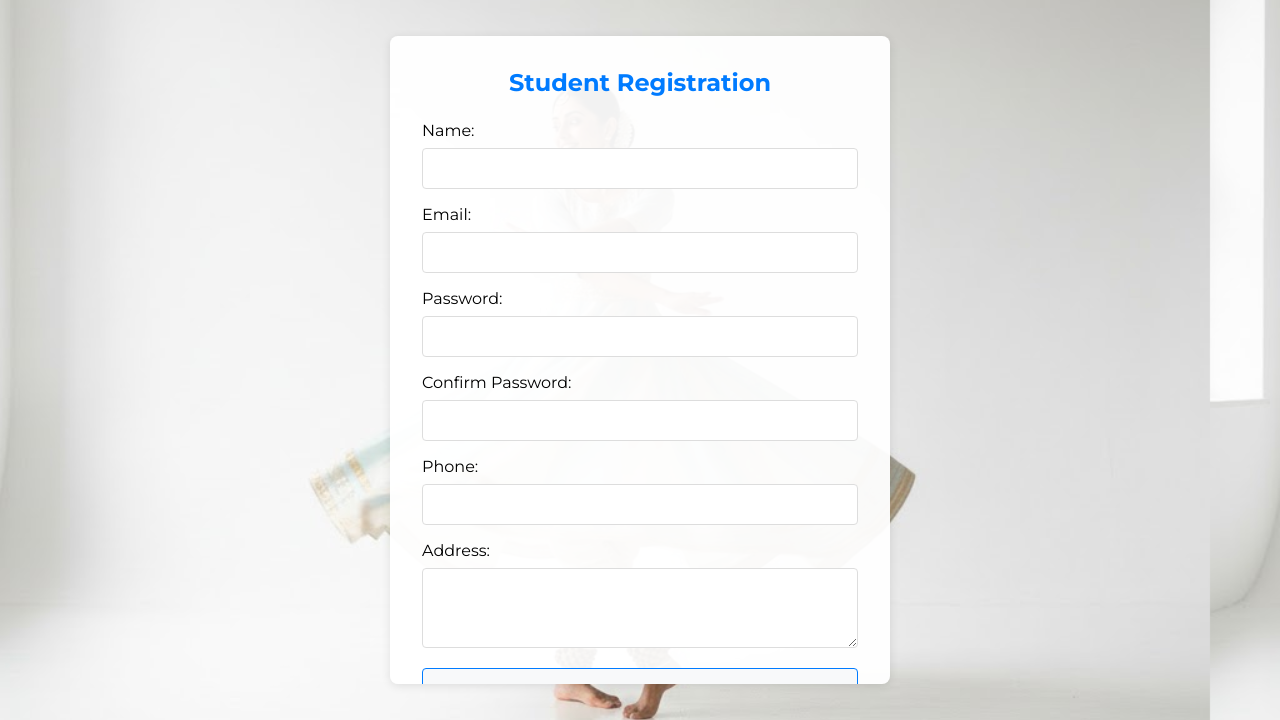
Repository: Priyadharshini-J-CSE/StepSync_Dance_Mangement_System
Page: /user-register (app in frontend/)
An editor plug-in stored every save of this project. The page is shown before and after a run of saves, followed by the edit.
The browser window is 1280 px wide. The pictures show the whole page.
An inner scrolling area shows only its first screen. Some web fonts or font styles are not loaded; a fallback is used. Some web libraries are served in a nearby version. The project was rebuilt for these pictures with package versions that can differ from the ones it lists, and the page was loaded fresh each time. Also part of the build but not shown: frontend/src/index.css, frontend/src/pages/LandingPage.js, frontend/src/components/Alert.js, frontend/src/pages/UserLogin.js, frontend/src/pages/AdminLogin.js, frontend/src/pages/AdminRegister.js, frontend/src/pages/ForgotPassword.js, frontend/src/components/Navbar.js and 17 more.

Above is the page before, as saved 2025-12-18 10:50:01.

### frontend/public/index.html
<!DOCTYPE html>
<html lang="en">
  <head>
    <meta charset="utf-8" />
    <meta name="viewport" content="width=device-width, initial-scale=1" />
    <title>Zumba Class Management</title>
    <link rel="preconnect" href="https://fonts.googleapis.com">
    <link rel="preconnect" href="https://fonts.gstatic.com" crossorigin>
    <link href="https://fonts.googleapis.com/css2?family=Alumni+Sans+Pinstripe:ital@0;1&family=Anta&family=Josefin+Sans:ital,wght@0,100..700;1,100..700&family=Metamorphous&family=Montserrat:ital,wght@0,100..900;1,100..900&family=Pangolin&family=Roboto:ital,wght@0,100..900;1,100..900&family=Rubik:ital,wght@0,300..900;1,300..900&display=swap" rel="stylesheet">
    <link rel="stylesheet" href="https://cdnjs.cloudflare.com/ajax/libs/font-awesome/6.5.1/css/all.min.css" crossorigin="anonymous">
    <script src="https://kit.fontawesome.com/a076d05399.js" crossorigin="anonymous"></script>
    <style>
      * { margin: 0; padding: 0; box-sizing: border-box; }
      body { font-family: 'Montserrat', sans-serif; }
    </style>
  </head>
  <body>
    <div id="root"></div>
  </body>
</html>

### frontend/src/App.js
import React from 'react';
import { BrowserRouter as Router, Routes, Route, Navigate } from 'react-router-dom';
import { AuthProvider, useAuth } from './context/AuthContext';
import LandingPage from './pages/LandingPage';
import UserLogin from './pages/UserLogin';
import AdminLogin from './pages/AdminLogin';
import UserRegister from './pages/UserRegister';
import AdminRegister from './pages/AdminRegister';
import ForgotPassword from './pages/ForgotPassword';
import AdminDashboard from './pages/admin/AdminDashboard';
import UserDashboard from './pages/user/UserDashboard';

const ProtectedRoute = ({ children, requiredRole }) => {
  const { user, loading } = useAuth();

  if (loading) return <div>Loading...</div>;
  if (!user) return <Navigate to="/" />;
  if (requiredRole && user.role !== requiredRole) return <Navigate to="/" />;

  return children;
};

function App() {
  return (
    <AuthProvider>
      <Router>
        <div style={{ minHeight: '100vh', backgroundColor: '#fff6e9' }}>
          <Routes>
            <Route path="/" element={<LandingPage />} />
            <Route path="/user-login" element={<UserLogin />} />
            <Route path="/admin-login" element={<AdminLogin />} />
            <Route path="/user-register" element={<UserRegister />} />
            <Route path="/admin-register" element={<AdminRegister />} />
            <Route path="/forgot-password" element={<ForgotPassword />} />
            <Route
              path="/admin/*"
              element={
                <ProtectedRoute requiredRole="admin">
                  <AdminDashboard />
                </ProtectedRoute>
              }
            />
            <Route
              path="/user/*"
              element={
                <ProtectedRoute requiredRole="user">
                  <UserDashboard />
                </ProtectedRoute>
              }
            />
          </Routes>
        </div>
      </Router>
    </AuthProvider>
  );
}

export default App;

### frontend/src/context/AuthContext.js
import React, { createContext, useContext, useState, useEffect } from 'react';
import axios from 'axios';

const AuthContext = createContext();

export const useAuth = () => useContext(AuthContext);

export const AuthProvider = ({ children }) => {
  const [user, setUser] = useState(null);
  const [loading, setLoading] = useState(true);

  useEffect(() => {
    const token = localStorage.getItem('token');
    if (token) {
      axios.defaults.headers.common['Authorization'] = `Bearer ${token}`;
      fetchUser();
    } else {
      setLoading(false);
    }
  }, []);

  const fetchUser = async () => {
    try {
      const response = await axios.get('/api/auth/me');
      setUser(response.data);
    } catch (error) {
      localStorage.removeItem('token');
      delete axios.defaults.headers.common['Authorization'];
    }
    setLoading(false);
  };

  const login = async (email, password) => {
    const response = await axios.post('/api/auth/login', { email, password });
    const { token, user } = response.data;

    localStorage.setItem('token', token);
    axios.defaults.headers.common['Authorization'] = `Bearer ${token}`;
    setUser(user);

    return user;
  };

  const register = async (userData) => {
    const response = await axios.post('/api/auth/register', userData);
    const { token, user } = response.data;

    localStorage.setItem('token', token);
    axios.defaults.headers.common['Authorization'] = `Bearer ${token}`;
    setUser(user);

    return user;
  };

  const logout = () => {
    localStorage.removeItem('token');
    delete axios.defaults.headers.common['Authorization'];
    setUser(null);
  };

  const value = {
    user,
    login,
    register,
    logout,
    loading
  };

  return (
    <AuthContext.Provider value={value}>
      {children}
    </AuthContext.Provider>
  );
};

### frontend/src/pages/UserRegister.js
import React, { useState } from 'react';
import { useNavigate, Link } from 'react-router-dom';
import { useAuth } from '../context/AuthContext';
import { validatePassword } from '../utils/passwordValidation';
import Alert from '../components/Alert';

const UserRegister = () => {
  const [formData, setFormData] = useState({
    name: '',
    email: '',
    password: '',
    confirmPassword: '',
    phone: '',
    address: '',
    acceptTerms: false
  });
  const [alert, setAlert] = useState(null);
  const [loading, setLoading] = useState(false);
  const [passwordValidation, setPasswordValidation] = useState(null);
  const [showTerms, setShowTerms] = useState(false);
  const [hasScrolled, setHasScrolled] = useState(false);
  const { register } = useAuth();
  const navigate = useNavigate();

  const handlePasswordChange = (password) => {
    setFormData({...formData, password});
    setPasswordValidation(validatePassword(password));
  };

  const handleSubmit = async (e) => {
    e.preventDefault();

    if (formData.password !== formData.confirmPassword) {
      setAlert({ message: 'Passwords do not match', type: 'error' });
      return;
    }

    if (!passwordValidation?.isValid) {
      setAlert({ message: 'Password does not meet requirements', type: 'error' });
      return;
    }

    if (!formData.acceptTerms) {
      setAlert({ message: 'Please accept terms and conditions', type: 'error' });
      return;
    }

    setLoading(true);

    try {
      await register({ ...formData, role: 'user' });
      navigate('/user');
    } catch (error) {
      setAlert({ message: error.response?.data?.message || 'Registration failed', type: 'error' });
    }
    setLoading(false);
  };

  return (
    <div style={{
      display: 'flex',
      justifyContent: 'center',
      alignItems: 'center',
      minHeight: '100vh',
      padding: '1rem',
      backgroundImage: 'url(/image.jpg)',
      backgroundSize: 'cover',
      backgroundPosition: 'bottom 30% right 1350px',
      backgroundAttachment: 'fixed'
    }}>
      <form onSubmit={handleSubmit} style={{
        backgroundColor: 'rgba(255, 255, 255, 0.95)',
        padding: '2rem',
        borderRadius: '8px',
        boxShadow: '0 2px 10px rgba(0,0,0,0.1)',
        width: '500px',
        maxHeight: '90vh',
        overflowY: 'auto'
      }}>
        <h2 style={{ textAlign: 'center', marginBottom: '1.5rem', color: '#007bff', }}>
          Student Registration
        </h2>

        {alert && <Alert message={alert.message} type={alert.type} onClose={() => setAlert(null)} />}

        <div style={{ marginBottom: '1rem' }}>
          <label style={{ display: 'block', marginBottom: '0.5rem' }}>Name:</label>
          <input
            type="text"
            value={formData.name}
            onChange={(e) => setFormData({...formData, name: e.target.value})}
            required
            style={{
              width: '100%',
              padding: '0.75rem',
              border: '1px solid #ddd',
              borderRadius: '4px'
            }}
          />
        </div>

        <div style={{ marginBottom: '1rem' }}>
          <label style={{ display: 'block', marginBottom: '0.5rem' }}>Email:</label>
          <input
            type="email"
            value={formData.email}
            onChange={(e) => setFormData({...formData, email: e.target.value})}
            required
            style={{
              width: '100%',
              padding: '0.75rem',
              border: '1px solid #ddd',
              borderRadius: '4px'
            }}
          />
        </div>

        <div style={{ marginBottom: '1rem' }}>
          <label style={{ display: 'block', marginBottom: '0.5rem' }}>Password:</label>
          <input
            type="password"
            value={formData.password}
            onChange={(e) => handlePasswordChange(e.target.value)}
            required
            style={{
              width: '100%',
              padding: '0.75rem',
              border: '1px solid #ddd',
              borderRadius: '4px'
            }}
          />
          {passwordValidation && (
            <div style={{ marginTop: '0.5rem', fontSize: '0.8rem' }}>
              <div style={{
                color: passwordValidation.strength === 'Strong' ? 'green' :
                       passwordValidation.strength === 'Medium' ? 'orange' : 'red'
              }}>
                Strength: {passwordValidation.strength}
              </div>
            </div>
          )}
        </div>

        <div style={{ marginBottom: '1rem' }}>
          <label style={{ display: 'block', marginBottom: '0.5rem' }}>Confirm Password:</label>
          <input
            type="password"
            value={formData.confirmPassword}
            onChange={(e) => setFormData({...formData, confirmPassword: e.target.value})}
            required
            style={{
              width: '100%',
              padding: '0.75rem',
              border: '1px solid #ddd',
              borderRadius: '4px'
            }}
          />
        </div>

        <div style={{ marginBottom: '1rem' }}>
          <label style={{ display: 'block', marginBottom: '0.5rem' }}>Phone:</label>
          <input
            type="tel"
            value={formData.phone}
            onChange={(e) => setFormData({...formData, phone: e.target.value})}
            style={{
              width: '100%',
              padding: '0.75rem',
              border: '1px solid #ddd',
              borderRadius: '4px'
            }}
          />
        </div>

        <div style={{ marginBottom: '1rem' }}>
          <label style={{ display: 'block', marginBottom: '0.5rem' }}>Address:</label>
          <textarea
            value={formData.address}
            onChange={(e) => setFormData({...formData, address: e.target.value})}
            style={{
              width: '100%',
              padding: '0.75rem',
              border: '1px solid #ddd',
              borderRadius: '4px',
              minHeight: '80px'
            }}
          />
        </div>

        <div style={{ marginBottom: '1.5rem' }}>
          <button
            type="button"
            onClick={() => setShowTerms(true)}
            style={{
              width: '100%',
              padding: '0.75rem',
              backgroundColor: '#f8f9fa',
              color: '#007bff',
              border: '1px solid #007bff',
              borderRadius: '4px',
              cursor: 'pointer',
              marginBottom: '0.5rem'
            }}
          >
            View Terms & Conditions and Privacy Policy
          </button>
          <label style={{ display: 'flex', alignItems: 'center', gap: '0.5rem' }}>
            <input
              type="checkbox"
              checked={formData.acceptTerms}
              onChange={(e) => setFormData({...formData, acceptTerms: e.target.checked})}
              required
              disabled={!hasScrolled}
            />
            I accept the Terms and Conditions and Privacy Policy
            {!hasScrolled && <span style={{ color: 'red', fontSize: '0.8rem' }}>(Read first)</span>}
          </label>
        </div>

        {showTerms && (
          <div className="modal-overlay" onClick={() => setShowTerms(false)}>
            <div className="modal-content" onClick={(e) => e.stopPropagation()} style={{ maxWidth: '600px' }}>
              <h3 style={{ marginTop: 0 }}>Terms & Conditions and Privacy Policy</h3>
              <div
                onScroll={(e) => {
                  const bottom = e.target.scrollHeight - e.target.scrollTop === e.target.clientHeight;
                  if (bottom) setHasScrolled(true);
                }}
                style={{
                  maxHeight: '400px',
                  overflowY: 'auto',
                  padding: '1rem',
                  backgroundColor: '#f8f9fa',
                  borderRadius: '8px',
                  marginBottom: '1rem'
                }}
              >
                <h4>Terms and Conditions</h4>
                <p>Welcome to DanceHub. By registering, you agree to the following terms:</p>
                <ol>
                  <li>You must provide accurate and complete information during registration.</li>
                  <li>You are responsible for maintaining the confidentiality of your account.</li>
                  <li>You must be at least 18 years old to register.</li>
                  <li>Payment for classes must be made in advance.</li>
                  <li>Refunds are subject to our refund policy.</li>
                  <li>You agree to attend classes on time and follow instructor guidelines.</li>
                  <li>We reserve the right to cancel classes due to unforeseen circumstances.</li>
                  <li>You agree not to share class materials without permission.</li>
                </ol>

                <h4>Privacy Policy</h4>
                <p>We value your privacy and are committed to protecting your personal information:</p>
                <ol>
                  <li>We collect personal information including name, email, phone, and address.</li>
                  <li>Your information is used solely for class management and communication.</li>
                  <li>We do not sell or share your personal information with third parties.</li>
                  <li>Payment information is processed securely through encrypted channels.</li>
                  <li>You have the right to access, modify, or delete your personal data.</li>
                  <li>We use cookies to improve your experience on our platform.</li>
                  <li>Your attendance and payment records are stored securely.</li>
                  <li>We may send you notifications about classes and updates.</li>
                </ol>

                <p style={{ fontWeight: 'bold', marginTop: '1rem' }}>
                  Please scroll to the bottom to enable the acceptance checkbox.
                </p>
              </div>
              <button
                onClick={() => setShowTerms(false)}
                style={{
                  width: '100%',
                  padding: '0.75rem',
                  backgroundColor: '#007bff',
                  color: 'white',
                  border: 'none',
                  borderRadius: '4px',
                  cursor: 'pointer'
                }}
              >
                Close
              </button>
            </div>
          </div>
        )}

        <button
          type="submit"
          disabled={loading}
          style={{
            width: '100%',
            padding: '0.75rem',
            backgroundColor: '#007bff',
            color: 'white',
            border: 'none',
            borderRadius: '4px',
            cursor: 'pointer',
            fontSize: '16px'
          }}
        >
          {loading ? 'Registering...' : 'Register'}
        </button>

        <div style={{ textAlign: 'center', marginTop: '1rem' }}>
          <p>Already have an account? <Link to="/user-login">Login here</Link></p>
          <p><Link to="/">Back to Home</Link></p>
        </div>
      </form>
    </div>
  );
};

export default UserRegister;

### frontend/src/utils/passwordValidation.js
export const validatePassword = (password) => {
  const minLength = password.length >= 8;
  const hasUpperCase = /[A-Z]/.test(password);
  const hasLowerCase = /[a-z]/.test(password);
  const hasNumbers = /\d/.test(password);
  const hasSpecialChar = /[!@#$%^&*(),.?":{}|<>]/.test(password);

  const score = [minLength, hasUpperCase, hasLowerCase, hasNumbers, hasSpecialChar].filter(Boolean).length;

  let strength = 'Weak';
  if (score >= 4) strength = 'Strong';
  else if (score >= 3) strength = 'Medium';

  return {
    isValid: score >= 3,
    strength,
    requirements: {
      minLength,
      hasUpperCase,
      hasLowerCase,
      hasNumbers,
      hasSpecialChar
    }
  };
};

Loaded but not shown: frontend/src/index.js (common file)

After the next 2 saves:
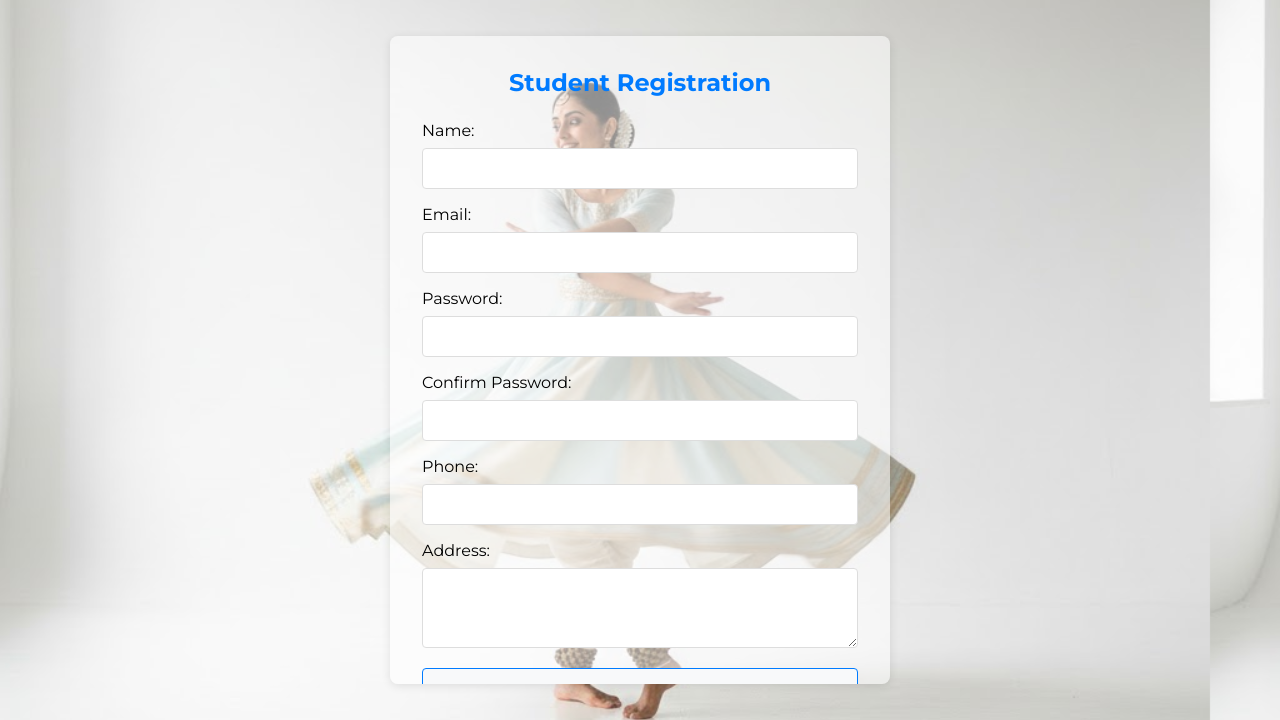
The 2 saves are shown as one change because they came seconds apart.
The last was saved 9 s later.
--- a/frontend/src/pages/UserRegister.js
+++ b/frontend/src/pages/UserRegister.js
@@ -69,7 +69,7 @@ const UserRegister = () => {
       backgroundAttachment: 'fixed'
     }}>
       <form onSubmit={handleSubmit} style={{
-        backgroundColor: 'rgba(255, 255, 255, 0.95)',
+        backgroundColor: 'rgba(255, 255, 255, 0.56)',
         padding: '2rem',
         borderRadius: '8px',
         boxShadow: '0 2px 10px rgba(0,0,0,0.1)',
